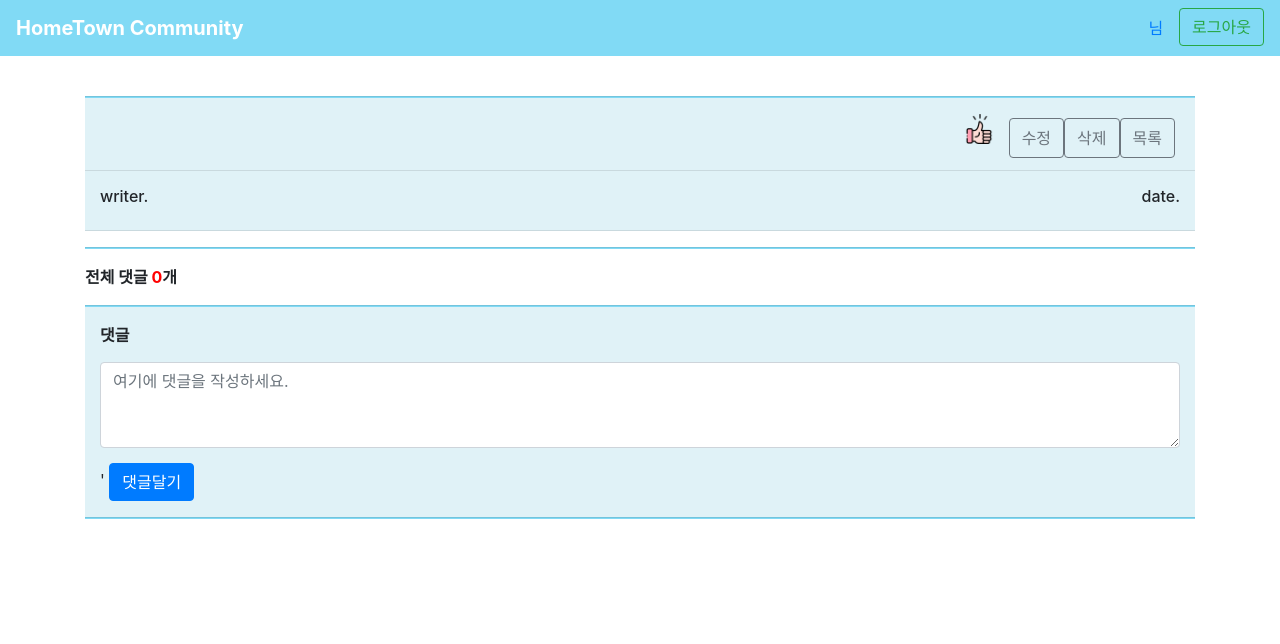
Repository: jisooo428/HomeCommunity
Page: http://localhost/hometownC/WEB-INF/views/hometownCviews/getPostView.jsp
An editor plug-in stored every save of this project. The page is shown before and after the next save, followed by the edit.
The browser window is 1280 px wide. The pictures show the whole page.
The page is served by Tomcat 9. Nobody is signed in. Other server files are loaded and not shown. The template is opened directly, without the code that normally fills it, so the values that code supplies are empty.

Above is the page before, as saved 2024-04-14 12:57:40.

### hometownC/src/main/webapp/WEB-INF/views/hometownCviews/getPostView.jsp
<%@ page language="java" contentType="text/html; charset=UTF-8"
	pageEncoding="UTF-8"%>
<%@ taglib prefix="c" uri="http://java.sun.com/jsp/jstl/core"%>
<%@ taglib prefix="fn" uri="http://java.sun.com/jsp/jstl/functions"%>
<!DOCTYPE html>
<html>
<head>
<meta charset="UTF-8">
<title>Post</title>

<!-- bootstrap css -->
<link rel="stylesheet"
	href="${pageContext.request.contextPath}/resources/css/bootstrap.min.css" />

</head>

<body>
	<nav class="navbar navbar-light bg-#81DAF5"
		style='background-color: #81DAF5'>
		<a class="navbar-brand" style="color: white"><strong>HomeTown
				Community</strong></a>

		<ul class="nav justify-content-end">
			<li class="nav-item"><a class="nav-link" href="#"> 님 </a></li>
			<li class="nav-item">
				<button class="btn btn-outline-success" type="button"
					onclick="location.href='login.do'">로그아웃</button>
			</li>
		</ul>

	</nav>
	<br>

	<div class="container">

		<div style='background-color: #E0F2F7'>
			<hr style='height: 1px; background-color: #81DAF5'>
			<div class="row justify-content-between"
				style='padding-left: 15px; padding-right: 15px; height: 40px'>
				<div class="col-md-auto">
					<h5 style='padding-top: 5px'>
						<strong>${post.title }</strong>
					</h5>
				</div>

				<div class="col-md-auto">
					<div class="row">
						<div class="col-md-auto" style="padding-right: 10px">
							<a type="button"
								href="likedPost.do?seq=${post.seq}&&id=${post.writer}"> <img
								class="mb-4"
								src="${pageContext.request.contextPath}/resources/img/like.png"
								alt="" width="30" height="30"></a> <strong><span
								style='color: #FE2E9A'> ${post.liked }</span> </strong>
						</div>

						<div class="col-md-auto btn-group btn-sm" role="group"
							style="padding-left: 5px; padding-bottom: 10px; padding-right: 20px"
							aria-label="Basic example">

							<!--<c:if test="${member.id == post.writer}">
								<button class="btn btn-outline-secondary" type="button"
									onclick="location.href='modifyPost.do?seq=${post.seq}'">수정</button>
								<button class="btn btn-outline-secondary" type="button"
									onclick="location.href='deletePost.do?seq=${post.seq}'">삭제</button>
							</c:if>-->
								<button class="btn btn-outline-secondary" type="button"
									onclick="location.href='modifyPost.do?seq=${post.seq}'">수정</button>
								<button class="btn btn-outline-secondary" type="button"
									onclick="location.href='deletePost.do?seq=${post.seq}'">삭제</button>
							<button class="btn btn-outline-secondary" type="button"
								onclick="location.href='getPostList.do?'">목록</button>
						</div>

					</div>
				</div>
			</div>

			<hr>

			<div class="row" style="padding-left: 15px; padding-right: 15px">
				<div class="col-8">
					<h6>writer. ${post.writer }</h6>
				</div>
				<div class="col-4 text-right">
					<h6>date. ${post.regDate }</h6>
				</div>
			</div>
			<hr>
		</div>
		<div style='padding-left: 15px;'>
			<p style='white-space: pre'>${post.content }</p>
		</div>

		<hr style='height: 1px; background-color: #81DAF5'>
		<p>
			<strong>전체 댓글 <span style='color: red'>
					${fn:length(commentList) }</span>개
			</strong>
		</p>
		<div>
			<c:forEach var="comment" items="${commentList}" varStatus="status">
				<hr style='height: 50%'>
				<div class="row" style='padding-bottom: 0px; padding-left: 15px'>
					<p class="col-1">
						<strong>${comment.writer}</strong>
					</p>
					<p class="col-7" style='white-space: pre'>${comment.comment }</p>
					<p class="col-4 text-right">${comment.regdate}</p>

				</div>
			</c:forEach>
		</div>

		<div style='background-color: #E0F2F7'>
			<hr style='height: 1px; background-color: #81DAF5'>
			<form
				action="insertComment.do?seq=${post.seq }"
				method="post">
				<div style='padding-left: 15px; padding-right: 15px'>

					<div style='padding-bottom: 15px'>
						<strong>댓글</strong>
					</div>
					<textarea class="form-control" id="comment" name="comment" rows="3"
						placeholder="여기에 댓글을 작성하세요."></textarea>
					<div style='padding-top: 15px'>
						'
						<button class="btn btn-primary" type="submit">댓글달기</button>
					</div>
				</div>
			</form>
			<hr style='height: 1px; background-color: #81DAF5'>
		</div>
	</div>
</body>
</html>

Loaded but not shown: hometownC/src/main/webapp/resources/css/bootstrap.min.css (library)

After the next save:
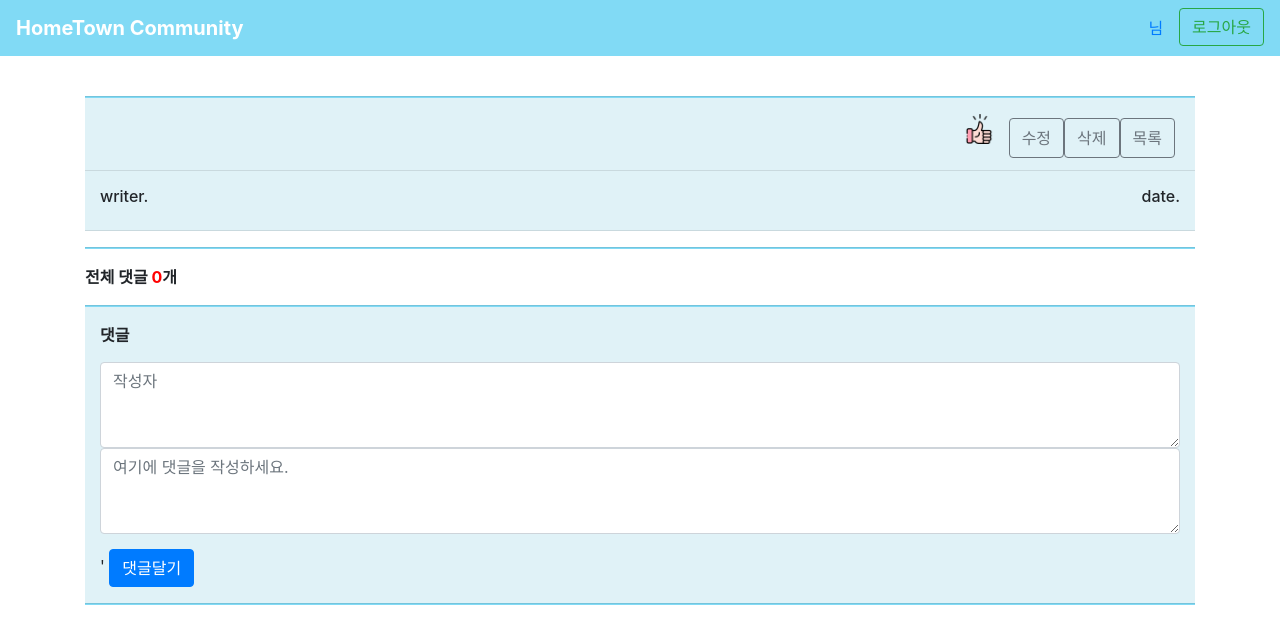
Saved 2 min 1 s later.
--- a/hometownC/src/main/webapp/WEB-INF/views/hometownCviews/getPostView.jsp
+++ b/hometownC/src/main/webapp/WEB-INF/views/hometownCviews/getPostView.jsp
@@ -122,6 +122,8 @@
 					<div style='padding-bottom: 15px'>
 						<strong>댓글</strong>
 					</div>
+					<textarea class="form-control" id=""writer"" name="writer" rows="3"
+						placeholder="작성자"></textarea>
 					<textarea class="form-control" id="comment" name="comment" rows="3"
 						placeholder="여기에 댓글을 작성하세요."></textarea>
 					<div style='padding-top: 15px'>
